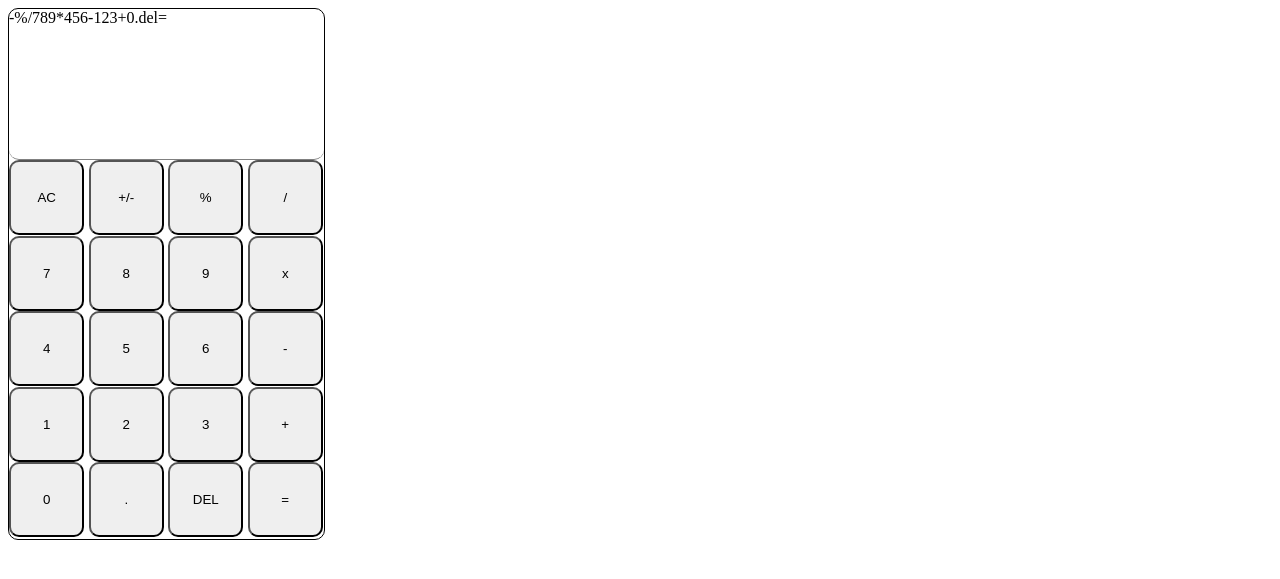
Repository: baziz22/Vanilla_JS_Projects
Page: claculator/index.html
These files come from the project's save history. The page is drawn as it stood at one moment and after the next save; the edit follows.
The browser window is 1280 px wide. The pictures show the whole page.

Above is the page before, as saved 2022-02-28 23:28:35.

### claculator/index.html
<!DOCTYPE html>
<html lang="en">
  <head>
    <meta charset="UTF-8" />
    <meta http-equiv="X-UA-Compatible" content="IE=edge" />
    <meta name="viewport" content="width=device-width, initial-scale=1.0" />
    <link rel="stylesheet" href="style.css" />
    <script src="script.js" defer></script>
    <title>Calculator</title>
  </head>
  <body>
    <div class="container">
      <div class="wrapper">
        <div id="output"></div>
        <button class="btn" id="ac">AC</button>
        <button class="btn" value="-" id="negative">+/-</button>
        <button class="btn" value="%" id="percent">%</button>
        <button class="btn" value="/" id="divide">/</button>
        <button class="btn" value="7">7</button>
        <button class="btn" value="8">8</button>
        <button class="btn" value="9">9</button>
        <button class="btn" value="*" id="multiply">x</button>
        <button class="btn" value="4">4</button>
        <button class="btn" value="5">5</button>
        <button class="btn" value="6">6</button>
        <button class="btn" value="-" id="minus">-</button>
        <button class="btn" value="1">1</button>
        <button class="btn" value="2">2</button>
        <button class="btn" value="3">3</button>
        <button class="btn" value="+" id="plus">+</button>
        <button class="btn" value="0">0</button>
        <button class="btn" value=".">.</button>
        <button class="btn" value="del" id="delete">DEL</button>
        <button class="btn" value="=" id="equal">=</button>
      </div>
    </div>
  </body>
</html>

### claculator/style.css
.wrapper {
  border: 1px solid black;
  border-radius: 10px;
  width: 315px;
  height: 530px;
}
button {
  margin: 0.25px;
  width: 75px;
  height: 75px;
  border-radius: 10px;
}
#output {
  width: 315px;
  height: 150px;
  border-bottom: 1px solid gray;
  border-radius: 10px;
}

### claculator/script.js
const output = document.getElementById('output');
const reset = document.getElementById('ac');
const btn = document.querySelectorAll('.btn');
const operant = ['=', '+', '-', '*', '/'];
function clear() {}
function digitDelete() {}
function appendNumber() {}
function chooseOperation(operation) {}
function compute() {}
function updateDisplay() {}
btn.forEach(element => {
  element.addEventListener('click', k(element));
});

function k(e) {
  console.log(e);
  output.innerHTML += e.value;
}

After the next save:
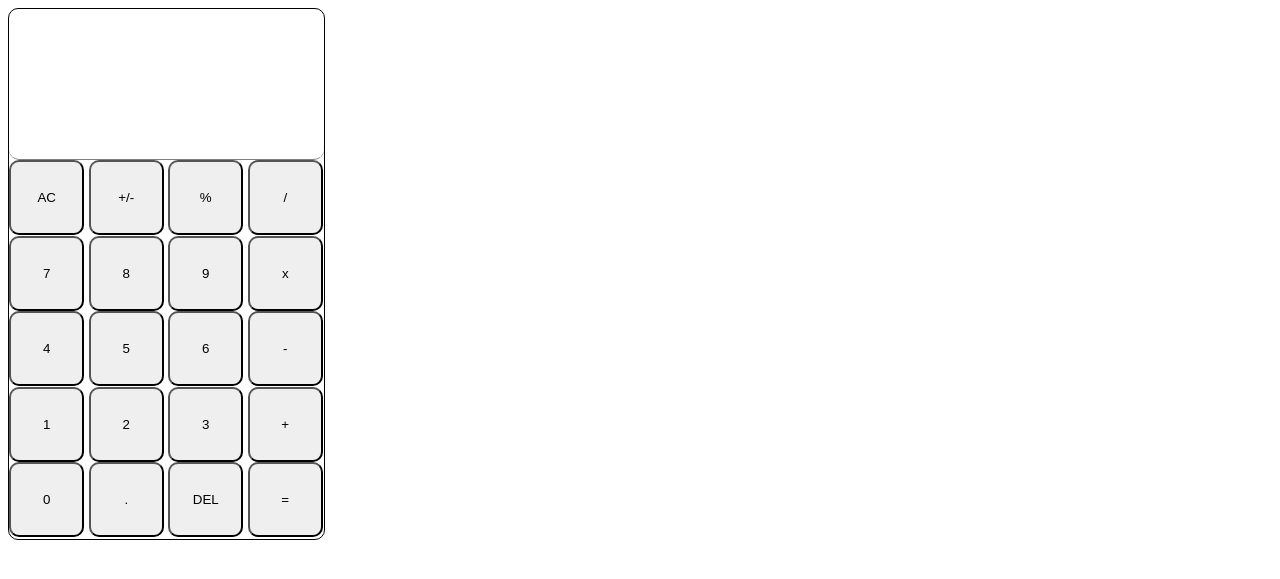
Saved 4 min 36 s later.
--- a/claculator/script.js
+++ b/claculator/script.js
@@ -9,10 +9,10 @@ function chooseOperation(operation) {}
 function compute() {}
 function updateDisplay() {}
 btn.forEach(element => {
-  element.addEventListener('click', k(element));
+  element.addEventListener('click', () => {
+    console.log(e);
+    output.innerHTML += e.value;
+  });
 });
 
-function k(e) {
-  console.log(e);
-  output.innerHTML += e.value;
-}
+function k(e) {}
